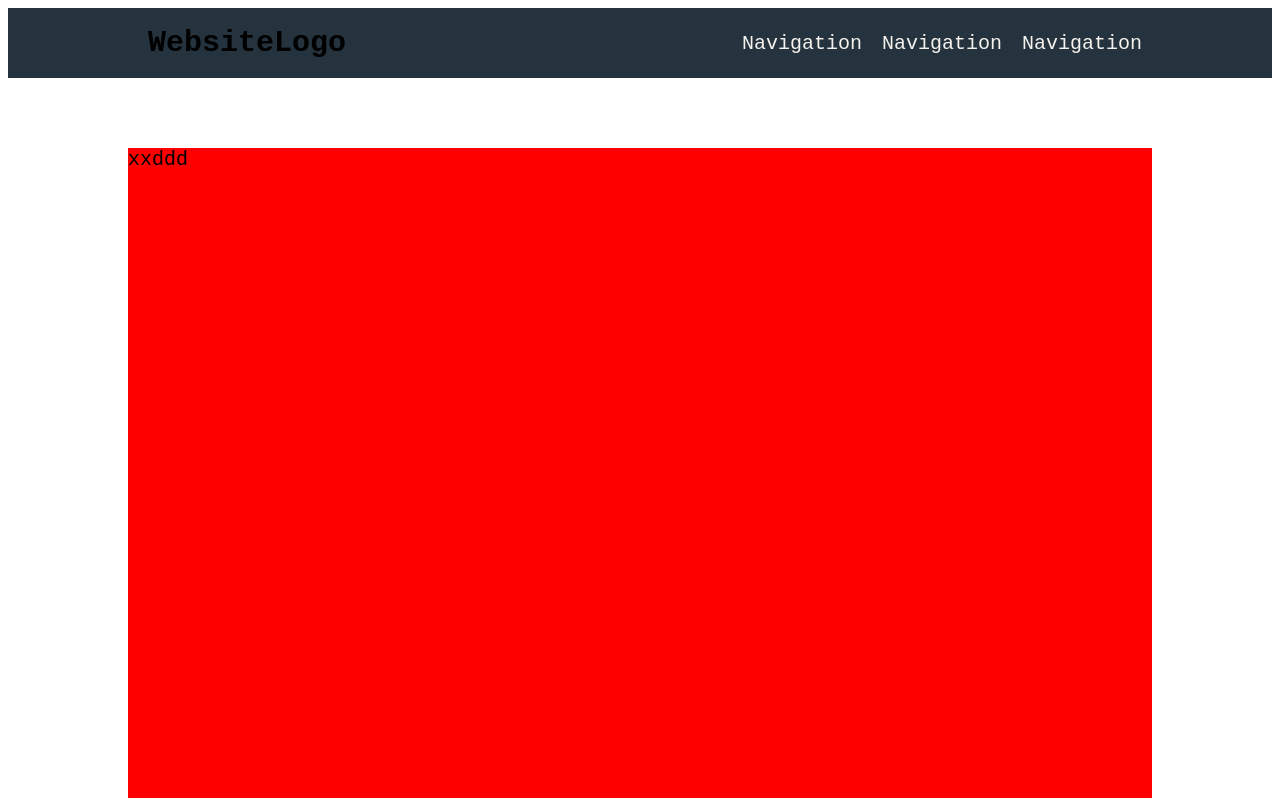
Repository: piotrokrutniak/Projekt-Studia
Page: index.html
An editor plug-in stored every save of this project. The page is shown before and after the next save, followed by the edit.
The browser window is 1280 px wide. The pictures show the whole page.

Above is the page before, as saved 2023-03-04 03:39:20.

After the next save:
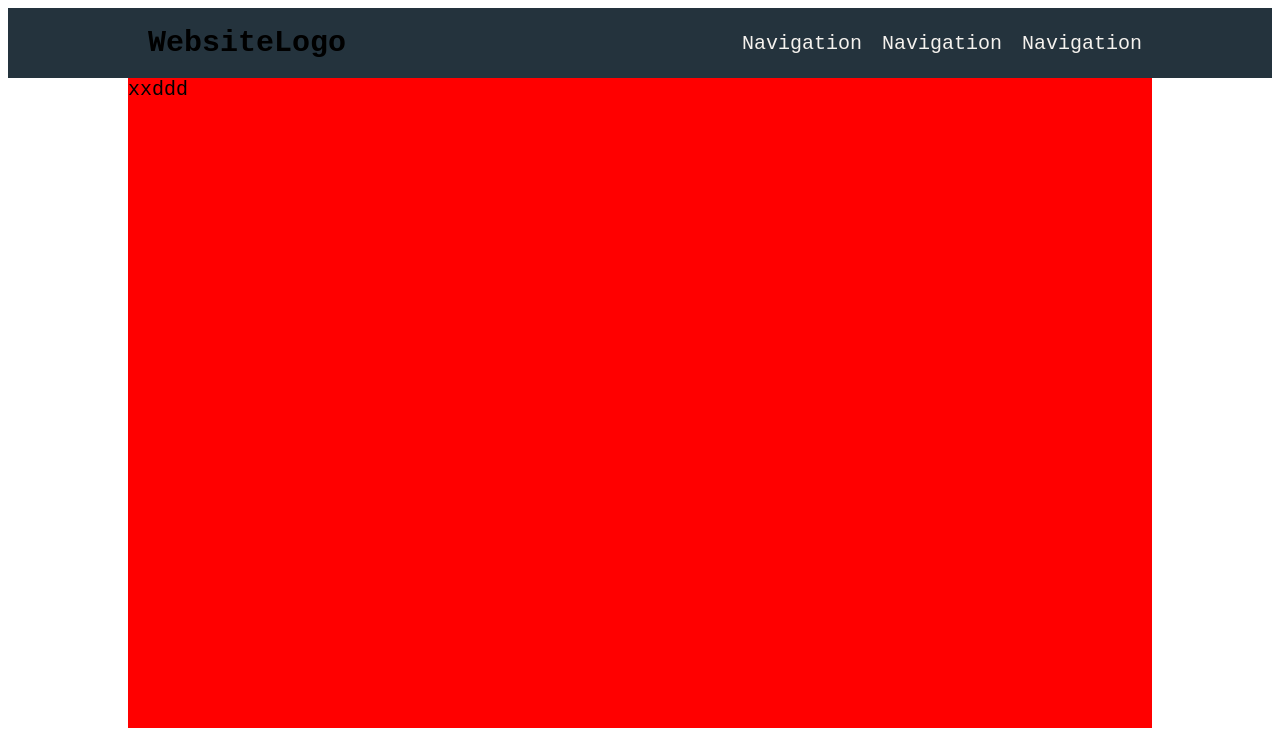
Saved 7 s later.
--- a/styles.css
+++ b/styles.css
@@ -81,7 +81,6 @@ a{
     max-width: 1024px;
     min-width: 328px;
     min-height: calc(100vh - 70px);
-    top: 70px;
     margin: auto;
     font-size: 20px;
     background: red;
